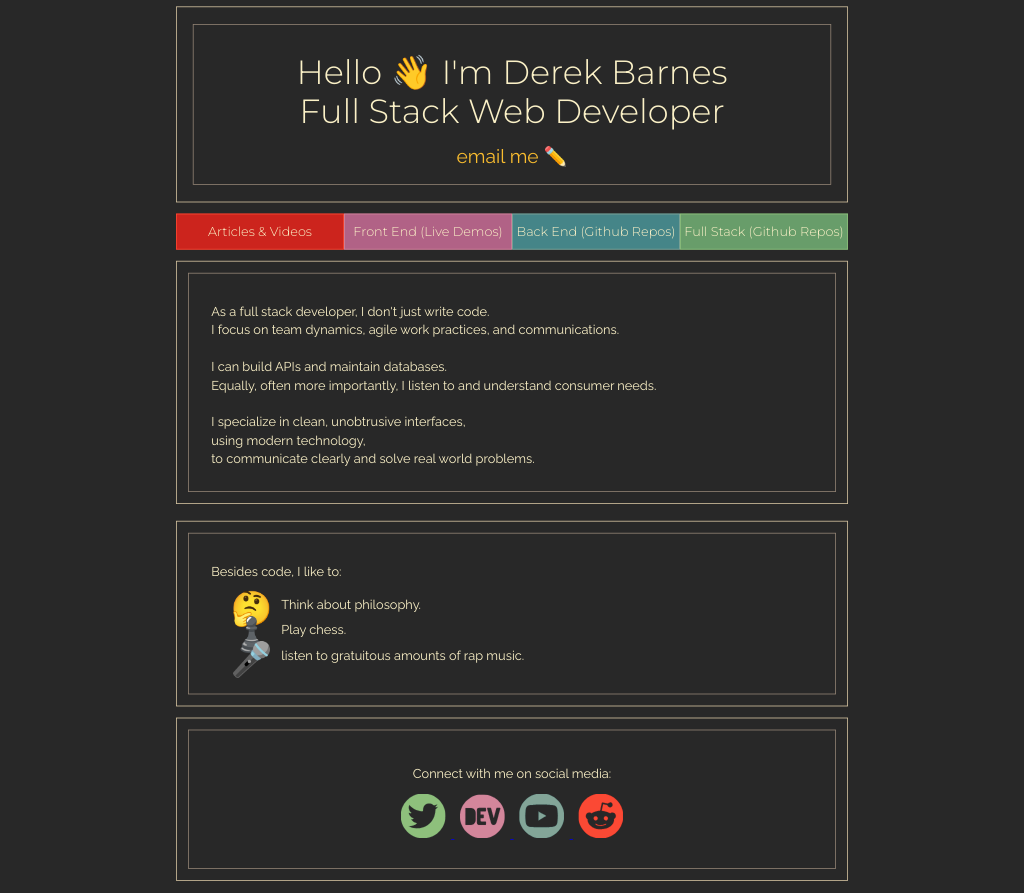
Repository: dsbarnes/groovy-blog
Page: index.html
These files come from the project's save history. The page is drawn as it stood at one moment and after the next save; the edit follows.
The browser window is 1280 px wide. The pictures show the whole page, at 80% of full size.
The style sheet was rebuilt from its Sass, Less or Tailwind sources for each picture, by a compiler version that may differ from the author's.

Above is the page before, as saved 2020-05-11 16:07:11.

After the next save:
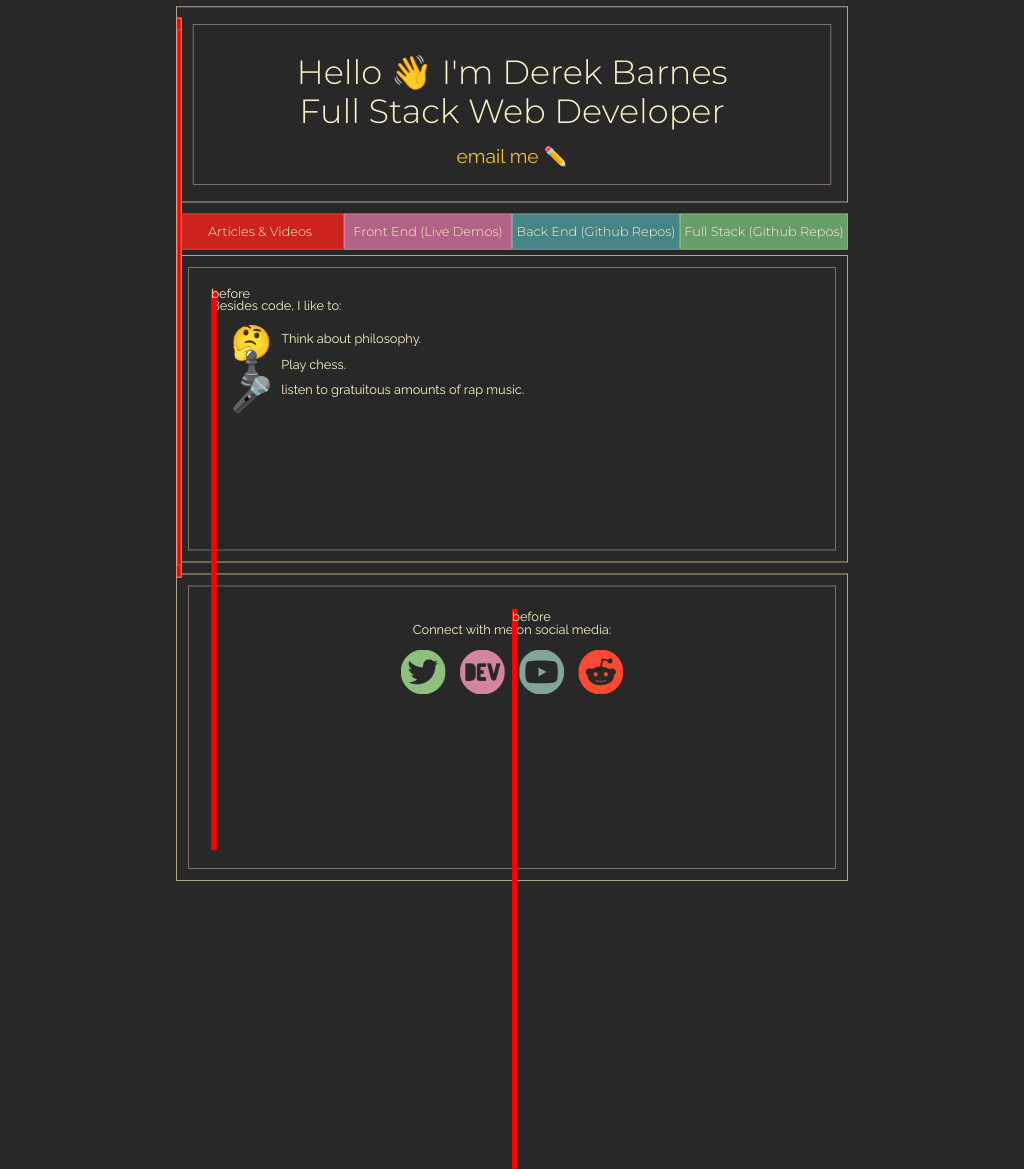
Saved 34 s later.
--- a/style.scss
+++ b/style.scss
@@ -156,7 +156,7 @@
   overflow: hidden;
   flex: 3;
 }
-.content.double-border::before {
+.content, .double-border::before {
   content:'before';
   position: absolute;
   // z-index: -1;

After the save that followed:
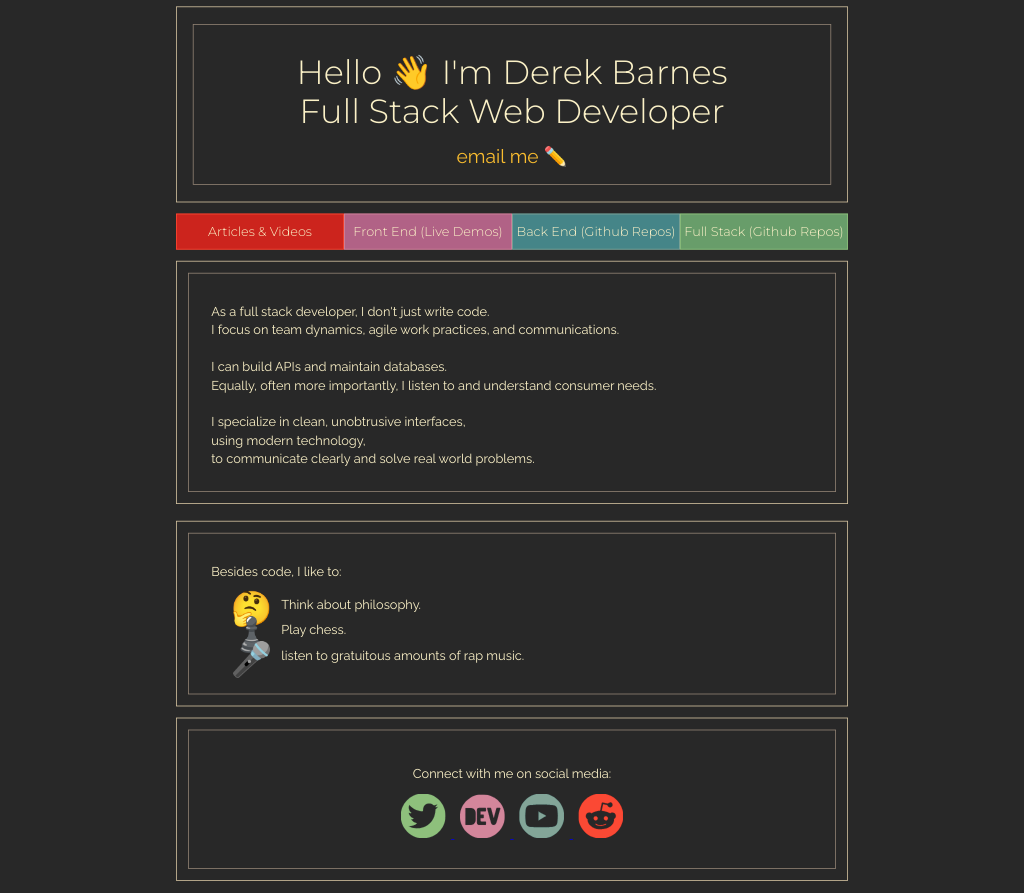
Saved 12 s later.
--- a/style.scss
+++ b/style.scss
@@ -156,16 +156,7 @@
   overflow: hidden;
   flex: 3;
 }
-.content, .double-border::before {
-  content:'before';
-  position: absolute;
-  // z-index: -1;
-  height: calc(100% - 20px);
-  // top: 10px;
-  // right: -1px;
-  width: 7px;
-  background: red;
-}
+
 .content.collapsed{
   .double-border{
     overflow-y: scroll;
